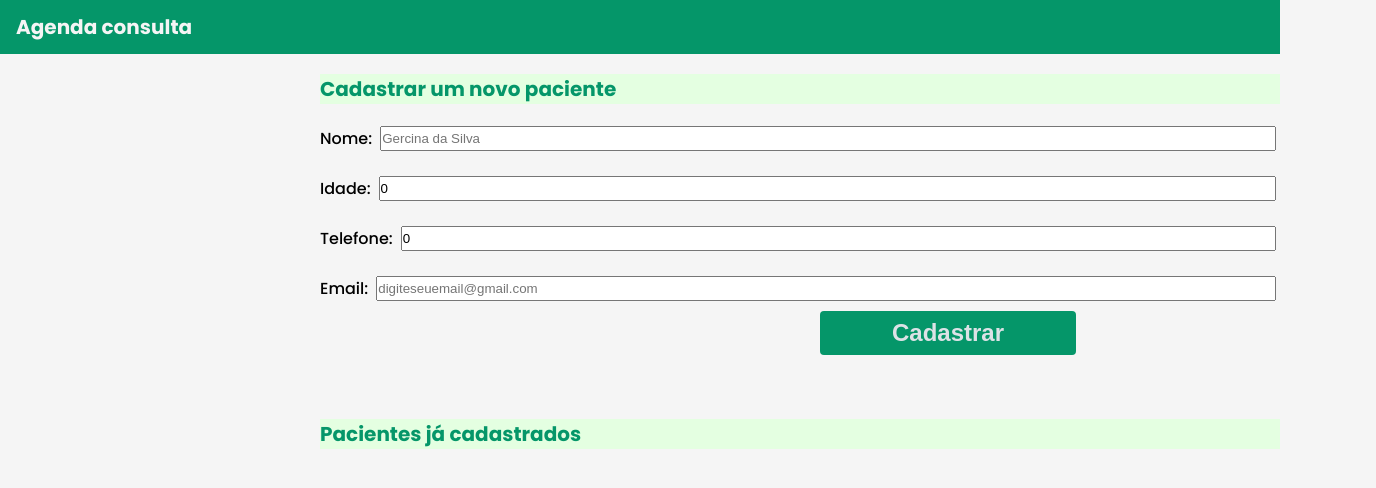
Repository: BarbaraCD/agendaconsulta
Page: /
The author's editor kept a copy of each file at every save. The page is drawn from the files as they stood at one save, then again after the next save.
The browser window is 1280 px wide. The page is 1280 px wide, then 1376 px, so the pictures cover 1376 px, including what lies to the right of the window. The pictures show the whole page.
The page's requests for data from a server got no answer. The project was rebuilt for these pictures with package versions that can differ from the ones it lists, and the page was loaded fresh each time. No one was signed in, and anything a server would have sent is missing. Also part of the build but not shown: vite.config.ts, src/styles/StyleList.ts, src/components/Patients.tsx.

Above is the page before, as saved 2023-07-31 09:24:52.

### index.html
<!DOCTYPE html>
<html lang="en">
  <head>
    <meta charset="UTF-8" />
    <link rel="icon" type="image/svg+xml" href="/vite.svg" />
    <meta name="viewport" content="width=device-width, initial-scale=1.0" />

    <link rel="preconnect" href="https://fonts.googleapis.com">
    <link rel="preconnect" href="https://fonts.gstatic.com" crossorigin>
    <link href="https://fonts.googleapis.com/css2?family=Poppins:wght@400;500;700&display=swap" rel="stylesheet">

    <title>Agendamento de Consulta</title>
  </head>
  <body>
    <div id="root"></div>
    <script type="module" src="/src/main.tsx"></script>
  </body>
</html>

### src/main.tsx
import React from 'react'
import ReactDOM from 'react-dom/client'
import App from './App.tsx'
import { ThemeProvider } from 'styled-components'
import { theme } from './styles/Theme.ts'

ReactDOM.createRoot(document.getElementById('root')!).render(
  <React.StrictMode>
    <ThemeProvider theme={theme}>
      <App />
    </ThemeProvider>
  </React.StrictMode>,
)

### src/App.tsx
import './styles/global'
import { Header } from './components/Header'
import GlobalStyle from './styles/global'
import { CreatePatient } from './components/CreatePatient'

function App() {

  return (
    <>
      <GlobalStyle />
      <Header />
      {/* <Sidebar /> */}
      {/* <CreateDoctor/> */}
      <CreatePatient />

    </>
  )
}

export default App

### src/styles/Theme.ts

export const theme = {
  colors: {
    primary: '#059669',
    head: '#059669B3',
    900: '#6A8D73',
    800: '#AFC5A6',
    700: '#F4FDD9',
    100: '#E4FFE1',

    sbcolor: '#DCE2E6',
    gray: '#41414D',
    black: '#000',
    white: '#f5f5f5',
  },

  size: {
    sm: '14px',
    md: '16px',
    lg: '18px',
    xl: '20px',
    xxl: '24px'
  }
}

### src/styles/global.ts
import { createGlobalStyle } from 'styled-components'

export default createGlobalStyle`
  *{
    margin: 0;
    padding: 0;
    box-sizing: border-box;
  }
  body{
    font-family: 'Poppins', sans-serif;
    background: ${(props) => props.theme.colors.white};
    font-size: ${(props) => props.theme.size.xl};
  }
`

### src/components/Header.tsx
import { styled } from "styled-components"

const Container = styled.div`
  background-color: ${(props) => props.theme.colors.primary};
  padding: 12px 16px;
  color: ${(props) => props.theme.colors.white};
  font-weight: 700;
`

export function Header(){
  return (
    <Container>
      Agenda consulta
    </Container>
  )
}

### src/components/CreatePatient.tsx
import { useEffect, useState } from 'react'
import { Patients, PatientsProps } from './Patients'
import { createPatient, getPatient } from '../services/patient.services'
import { InputPatients } from './InputPatient'
import { SubmitButton } from './SubmitButton'
import { Container, Container2, Container3 }  from '../styles/CreateContainer'


export function CreatePatient(){

  const [patients, setPatients] = useState<PatientsProps[]>([])
  const [newPatient, setNewPatient] = useState<PatientsProps>({
    id: 0,
    name: '',
    age: 0,
    telephone: 0,
    email:''
  })

  useEffect(() => {
    fetchPatient().catch((error) => {
      console.error('Error fetching Patients:', error);
    });
  }, []);

  async function fetchPatient() {
    try {
      const response: PatientsProps[] = await getPatient();
      setPatients(response);
    } catch (error) {
      console.error('Error fetching Patients:', error);
    }
  }

  async function createNewPatient(){
    if(
      newPatient?.name.trim() !== '' &&
      typeof newPatient?.age === 'number' && newPatient?.age > 0 &&
      typeof newPatient?.telephone === 'number' && newPatient?.telephone > 0 &&
      newPatient?.email.trim() !== ''
      ){
        try {
          await createPatient(newPatient.name, newPatient.age, newPatient.telephone, newPatient.email);
          await fetchPatient();
            setNewPatient({
              id: 0,
              name: '',
              age: 0,
              telephone: 0,
              email: ''
            })
        console.log("Médico cadastrado com sucesso!")
        } catch(error){
          console.log("Erro ao cadastrar medico:", error)
        }
      } else {
        console.error("Por favor, preencha todos os campos corretamente.")
      }
  }

  return(
    <Container>
      <Container2>
      <h3>Cadastrar um novo paciente</h3>
        <InputPatients
          name={newPatient.name}
          age={newPatient.age}
          telephone={newPatient.telephone}
          email={newPatient.email}
          onNameChange={(value) => setNewPatient({ ...newPatient, name: value })}
          onAgeChange={(value) => setNewPatient({ ...newPatient, age: value })}
          onTelephoneChange={(value) => setNewPatient({ ...newPatient, telephone: value})}
          onEmailChange={(value) =>
            setNewPatient({ ...newPatient, email: value })
          }
        />

          <SubmitButton onClick={createNewPatient}/>
        </Container2>

        <Container3>
          <h3>Pacientes já cadastrados</h3>
          {patients.length > 0 && (
            patients.map((patients) => (
              <Patients
                id={patients.id}
                key={patients.id}
                name={patients.name}
                age={patients.age}
                telephone={patients.telephone}
                email={patients.email}
              />
            ))
          )}
        </Container3>

    </Container>
  )
}

### src/services/patient.services.ts
import axios from 'axios';
import { PatientsProps } from '../components/Patients'
import { api } from './ApiConfig'

export async function getPatient(): Promise<PatientsProps[]> {
  try {
    const response = await axios.get('http://localhost:3333/patient');
    // eslint-disable-next-line @typescript-eslint/no-unsafe-return
    return response.data;
  } catch (error) {
    throw new Error('Erro ao obter dados dos pacientes:');
  }
}

export async function createPatient(name: string, age: number, telephone: number, email: string){
  return api.post('/patient', {
    name,
    age,
    telephone,
    email,
  })
}

### src/components/InputPatient.tsx
import { InputContainer } from '../styles/InputContainer'

interface InputPatientsProps{
  name: string
  age: number
  telephone: number
  email: string
  onNameChange: (value: string) => void
  onAgeChange: (value: number) => void
  onTelephoneChange: (value: number) => void
  onEmailChange: (value: string) => void
}

export function InputPatients(props: InputPatientsProps) {
  return (
    <InputContainer>
        <label>
          <p>Nome:</p>
          <input
            type="text"
            name="nome"
            value={props.name}
            onChange={(event) => props.onNameChange(event.target.value)}
            placeholder='Gercina da Silva'
          />
        </label>
        <br />
        <label>
          <p>Idade:</p>
          <input
            type="text"
            name="idade"
            value={props.age}
            onChange={(event) => props.onAgeChange(Number(event.target.value))}
            placeholder='idade'
          />
        </label>
        <br />
        <label>
          <p>Telefone:</p>
          <input
            type="text"
            name="telefone"
            value={props.telephone}
            onChange={(event) => props.onTelephoneChange(Number(event.target.value))}
          />
        </label>
        <br />
        <label>
          <p>Email:</p>
          <input
            type="text"
            name="email"
            value={props.email}
            onChange={(event) => props.onEmailChange(event.target.value)}
            placeholder='digiteseuemail@gmail.com'
          />
        </label>
    </InputContainer>
  );
}

### src/components/SubmitButton.tsx
import { styled } from "styled-components"

interface SubmitButtonProps {
  onClick: () => void
}

const StyledButton = styled.button`
  padding: 8px;
  width: 20vw;
  margin-left: 500px;
  border-radius: 4px;
  color: ${(props) => props.theme.colors.sbcolor};
  border: none;
  background-color: ${(props) => props.theme.colors.primary};
  cursor: pointer;

  p{
    font-size: ${(props) => props.theme.size.xxl};
    font-weight: 700;
  }
`

export function SubmitButton({ onClick }: SubmitButtonProps) {
  return (
    <StyledButton onClick={onClick}>
      <p>
        Cadastrar
      </p>
    </StyledButton>
  )
}

### src/styles/CreateContainer.ts
import styled from "styled-components"

export const Container = styled.div`
  background-color: ${(props) => props.theme.colors.white};
  justify-content: start;
  align-items: center;
`

export const Container2 = styled.div`
  display: flex;
  flex-direction: column;
  margin-left: 320px;
  padding: 20px 0;

  h3{
    font-size: ${(props) => props.theme.size.xl};
    color: ${(props) => props.theme.colors.primary};
    background-color: ${(props) => props.theme.colors[100]};
    margin-bottom: 12px;
  }

`
export const Container3 = styled.div`
  margin-top: 24px;
  flex-direction: column;
  margin-left: 320px;
  padding: 20px 0;

  h3{
    font-size: ${(props) => props.theme.size.xl};
    color: ${(props) => props.theme.colors.primary};
    background-color: ${(props) => props.theme.colors[100]};
    margin-bottom: 12px;
  }
`

### src/services/ApiConfig.ts
import axios from "axios";

export const api = axios.create({
  baseURL: 'http://localhost:3333',
})

### src/styles/InputContainer.ts
import styled from "styled-components"

export const InputContainer = styled.div`

  color: ${(props) => props.theme.colors.black};
  font-size: ${(props) => props.theme.size.md};
  padding: 10px 0;

  h3 {
    background-color: ${(props) => props.theme.colors[100]};
    color: ${(props) => props.theme.colors.primary};
    margin-bottom: 10px;
  }

  label {
    display: flex;
    margin-right: 4px;
  }

  p{
    font-size: ${(props) => props.theme.size.md};
    font-weight: 500;
  }

  input {
    width: 80vw;
    margin-left: 8px;
  }
`

After the next save:
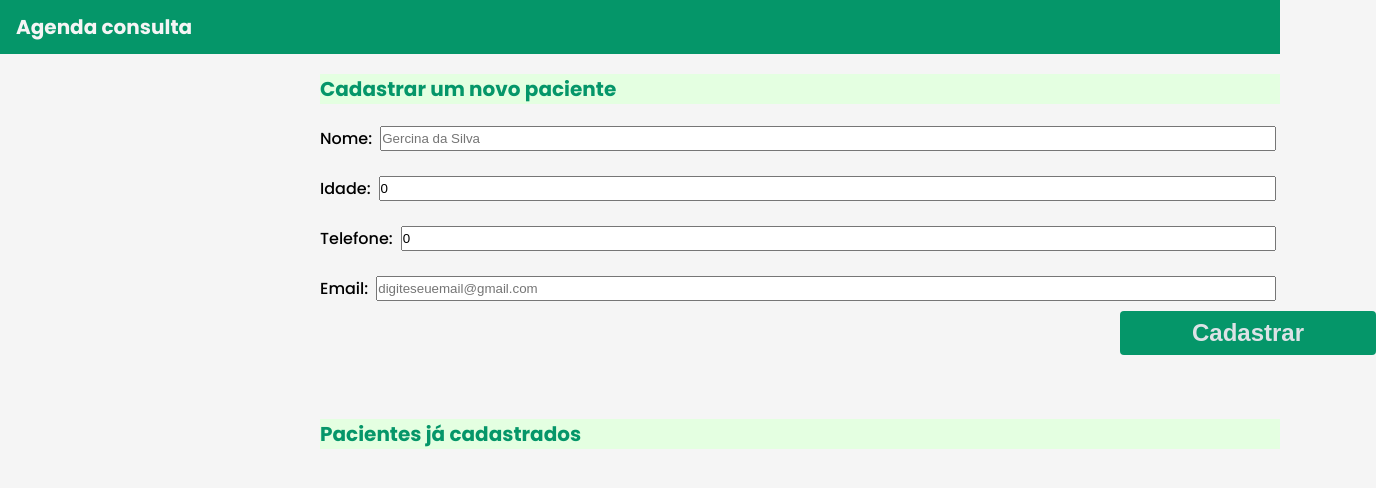
Saved 4 s later.
--- a/src/components/SubmitButton.tsx
+++ b/src/components/SubmitButton.tsx
@@ -7,7 +7,7 @@ interface SubmitButtonProps {
 const StyledButton = styled.button`
   padding: 8px;
   width: 20vw;
-  margin-left: 500px;
+  margin-left: 800px;
   border-radius: 4px;
   color: ${(props) => props.theme.colors.sbcolor};
   border: none;
